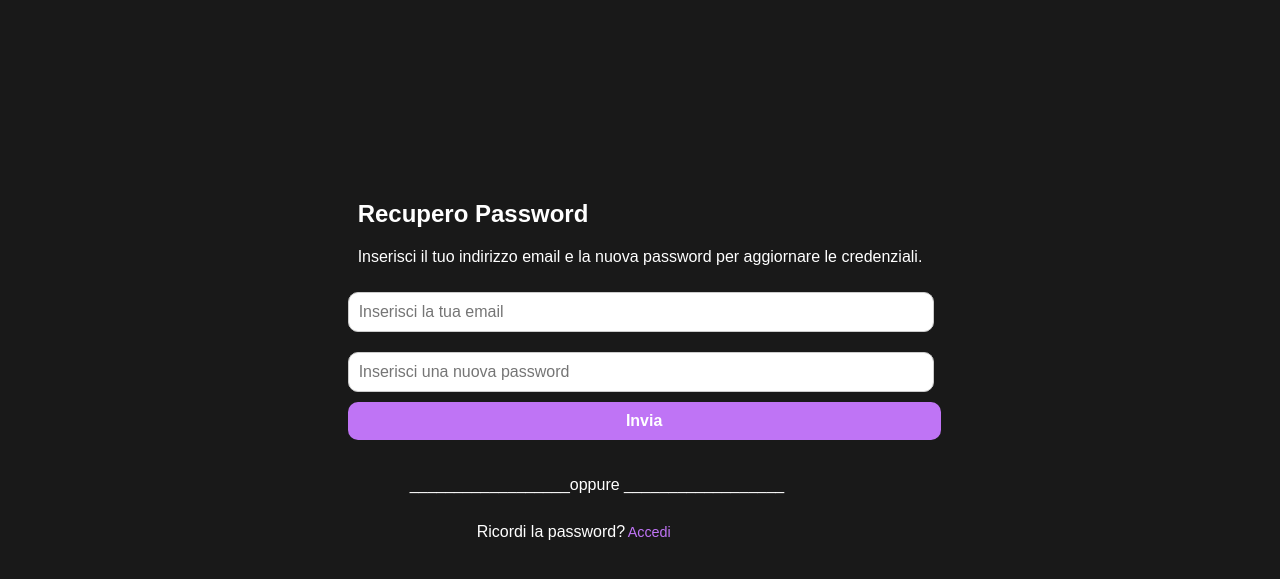
Repository: maxdl98/AppAuto
Page: http://localhost/RecuperoPassword
These files come from the project's save history. The page is drawn as it stood at one moment and after the next save; the edit follows.
The browser window is 1280 px wide. The pictures show the whole page.
The page is this project's Thymeleaf template; nobody is signed in. The template is opened directly, without the code that normally fills it, so the values that code supplies are empty.

Above is the page before, as saved 2025-01-12 22:41:23.

### AutoApp/src/main/resources/templates/RecuperoPassword.html
<!DOCTYPE html>
<html lang="en">

<head>
    <meta charset="UTF-8">
    <meta name="viewport" content="width=device-width, initial-scale=1.0">
    <title>Recupero Password</title>
    <style>
        /* Stile generale */
        body {
            background-color: rgba(0, 0, 0, 0.9);
            display: flex;
            justify-content: center;
            align-items: center;
            height: 100vh;
            margin: 0;
            font-family: Arial, sans-serif;
            color: white;
        }

        .form h2 {
            margin-bottom: 20px;
            color: white;
        }

        .form input[type="email"],
        .form input[type="password"] {
            width: 100%;
            padding: 10px;
            margin: 10px 0;
            border: 1px solid #ccc;
            border-radius: 10px;
            font-size: 1rem;
            position: relative;
            right: 10px;
        }

        .form button {
            width: 105%;
            padding: 10px;
            background-color: #bf74f5;
            border: none;
            border-radius: 10px;
            color: white;
            font-size: 1rem;
            font-weight: bold;
            cursor: pointer;
            position: relative;
            right: 10px;
        }

        .form button:hover {
            background-color: #e07fe0;
        }

        .form a {
            display: block;
            margin-top: 15px;
            text-decoration: none;
            font-size: 0.9rem;
            position: relative;
            left: 270px;
            color: #bf74f5;
        }

        .form a:hover {
            text-decoration: underline;
        }

        .oppure {
            position: relative;
            left: 52px;
            top: 20px;
        }

        .ricordi {
            position: relative;
            top: 33px;
            left: 119px;
        }
    </style>
</head>

<body>
    <div class="form">
        <h2>Recupero Password</h2>
        <p>Inserisci il tuo indirizzo email e la nuova password per aggiornare le credenziali.</p>
        <form id="passwordRecoveryForm">
            <!-- Aggiungi un attributo name non comune -->
            <input id="em" type="email" name="email_recovery" placeholder="Inserisci la tua email" autocomplete="off" required>
            <!-- Modifica l'autocomplete della password per evitare il riempimento automatico -->
            <input id="pass" type="password" name="password_recovery" placeholder="Inserisci una nuova password" autocomplete="new-password" required>
            <button type="submit">Invia</button>
        </form>
        <p class="oppure"> __________________oppure __________________ </p>
        <p class="ricordi"> Ricordi la password? </p>
        <a class="accedi" href="Login.html"> Accedi </a>
    </div>

    <script>
        document.addEventListener("DOMContentLoaded", function () {
            const emailInput = document.getElementById("em");
            const passwordInput = document.getElementById("pass");

            if (emailInput) emailInput.value = "";
            if (passwordInput) passwordInput.value = "";
        });

        // Gestisce il submit del form di recupero password
        document.getElementById("passwordRecoveryForm").addEventListener("submit", async (event) => {
            event.preventDefault(); // Evita il comportamento predefinito del form

            // Ottieni i valori tramite gli ID
            const emailInput = document.getElementById('em').value.trim();
            const passwordInput = document.getElementById('pass').value.trim();

            // Verifica se i campi sono vuoti
            if (!emailInput || !passwordInput) {
                alert("Tutti i campi sono obbligatori.");
                return;
            }

            try {
                // URL dell'API
                const url = 'http://localhost:8080/api/v1/pass';

                // Chiamata API
                const response = await fetch(url, {
                    method: 'PUT',
                    headers: {
                        'Content-Type': 'application/json',
                        'Accept': 'application/json'
                    },
                    body: JSON.stringify({ email: emailInput, password: passwordInput })
                });

                if (!response.ok) {
                    throw new Error(`Errore HTTP: ${response.status}`);
                }

                const result = await response.json();
                console.log('Risultato della risposta:', result);

                alert('Password aggiornata con successo!');
                window.location.href = 'Login.html';

            } catch (error) {
                console.error('Errore durante il fetch:', error);
                alert('Errore: ' + error.message);
            }
        });
    </script>
</body>

</html>

After the next save:
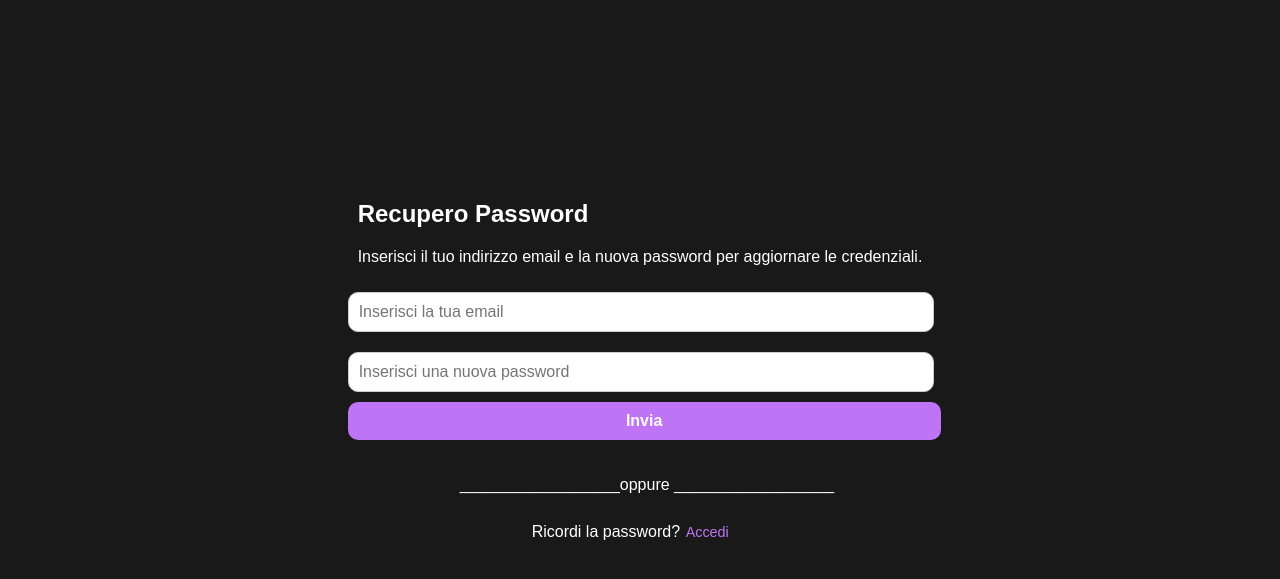
Saved 4 min 21 s later.
--- a/AutoApp/src/main/resources/templates/RecuperoPassword.html
+++ b/AutoApp/src/main/resources/templates/RecuperoPassword.html
@@ -59,7 +59,7 @@
             text-decoration: none;
             font-size: 0.9rem;
             position: relative;
-            left: 270px;
+            left: 328px;
             color: #bf74f5;
         }
 
@@ -69,14 +69,14 @@
 
         .oppure {
             position: relative;
-            left: 52px;
+            left: 102px;
             top: 20px;
         }
 
         .ricordi {
             position: relative;
             top: 33px;
-            left: 119px;
+            left: 174px;
         }
     </style>
 </head>
